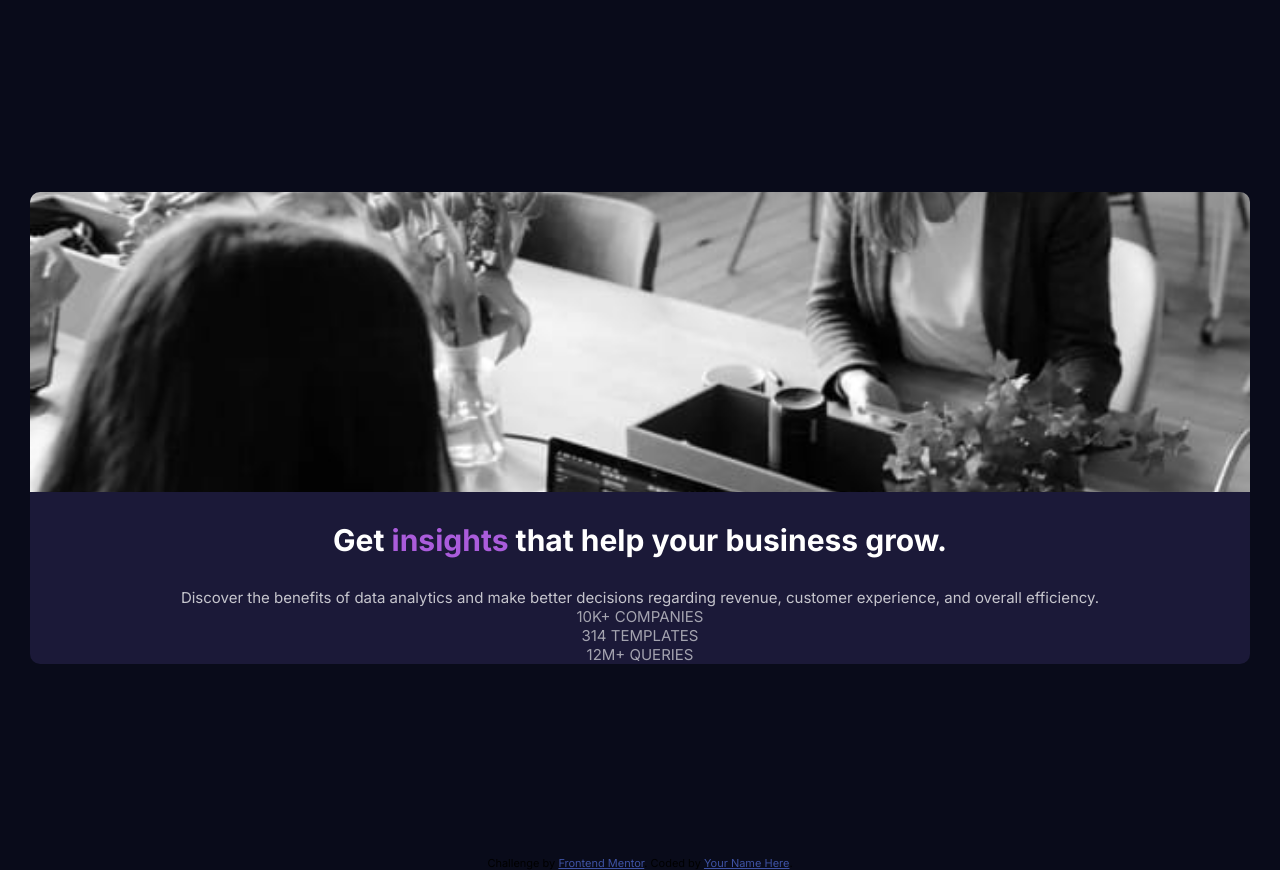
Repository: DejV44/stats-preview-card-component-main
Page: index.html
The author's editor kept a copy of each file at every save. The page is drawn from the files as they stood at one save, then again after the next save.
The browser window is 1280 px wide. The pictures show the whole page.
The style sheet was rebuilt from its Sass, Less or Tailwind sources for each picture, by a compiler version that may differ from the author's.

Above is the page before, as saved 2021-07-05 08:55:07.

### index.html
<!DOCTYPE html>
<html lang="en">
<head>
  <meta charset="UTF-8">
  <meta name="viewport" content="width=device-width, initial-scale=1.0"> <!-- displays site properly based on user's device -->

  <link rel="icon" type="image/png" sizes="32x32" href="./images/favicon-32x32.png">
  <link rel="stylesheet" href="/css/style.css">


  <title>Frontend Mentor | Stats preview card component</title>
</head>
<body>
  <div class="container">
    <div class="picture">
      <div class="overlay"></div>
    </div>
    <div class="card">
      <h1>Get <span>insights</span> that help your business grow.</h1>

      <p>Discover the benefits of data analytics and make better decisions regarding revenue, customer
      experience, and overall efficiency.</p>

      <ul>
        <li><span>10k+</span> companies</li>
        <li><span>314</span> templates</li>
        <li><span>12m+</span> queries</li>
      </ul>
    </div>
  </div>


  <div class="attribution">
    Challenge by <a href="https://www.frontendmentor.io?ref=challenge" target="_blank">Frontend Mentor</a>.
    Coded by <a href="#">Your Name Here</a>.
  </div>
</body>
</html>

### css/style.scss
$mainBackground: hsl(233, 47%, 7%);
$cardBackground: hsl(244, 38%, 16%);
$accent: hsl(277, 64%, 61%);

$mainHeading: hsl(0, 0%, 100%);
$mainParagraph: hsla(0, 0%, 100%, 0.75);
$statHeadings: hsla(0, 0%, 100%, 0.6);

@import url("https://fonts.googleapis.com/css2?family=Inter:wght@400;700&display=swap");

@import url("https://fonts.googleapis.com/css2?family=Lexend+Deca&display=swap");

* {
  margin: 0;
  padding: 0;
  box-sizing: border-box;
}

body {
  font-family: "Inter", sans-serif;
  font-size: 15px;
  background-color: $mainBackground;

  .container {
    margin: 15% 30px;
    border-radius: 10px;
    .picture {

      border-radius: 10px 10px 0 0;
      background: url("/images/image-header-mobile.jpg");
      background-position: center;
      background-size: cover;
      background-repeat: no-repeat;
      height: 300px;
    }

    .card {
        border-radius: 0 0 10px 10px;
        background: $cardBackground;
        text-align: center;
        h1 {
            margin: 0 auto;
            padding: 30px 25px;
            color: $mainHeading;
            text-align: center;
            span {
                color: $accent;
            }
        }
        p {
          color: $mainParagraph;
        }

        ul {
          color: $statHeadings;
          display: block;
          justify-content: center;

          li {
            list-style: none;
            text-transform: uppercase;

          }
        }
    }
  }

  .attribution {
    font-size: 11px;
    text-align: center;

    a {
      color: hsl(228, 45%, 44%);
    }
  }
}

After the next save:
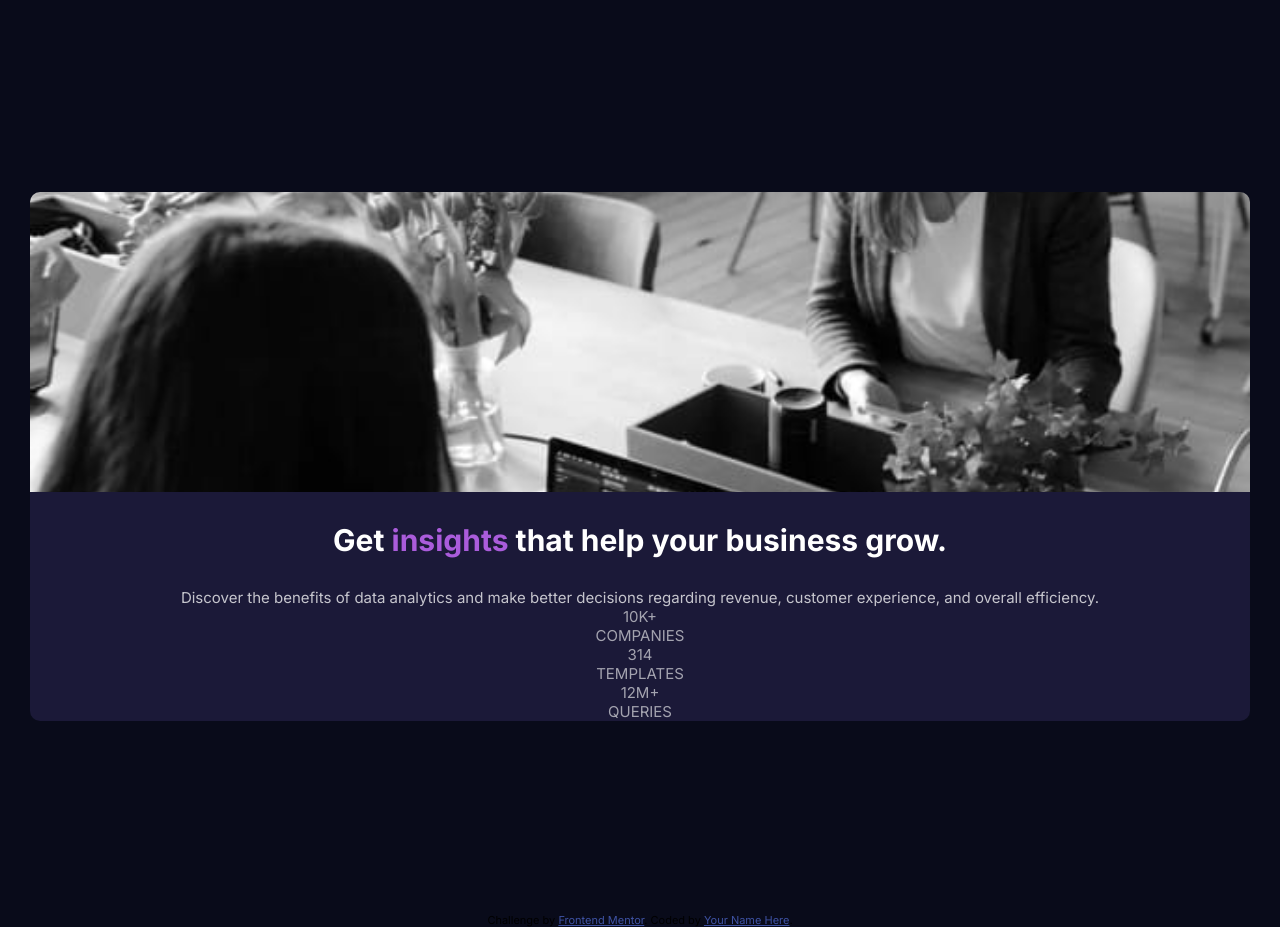
Saved 23 s later.
--- a/css/style.scss
+++ b/css/style.scss
@@ -60,6 +60,9 @@ body {
             list-style: none;
             text-transform: uppercase;
 
+            span {
+              display: block;
+            }
           }
         }
     }
